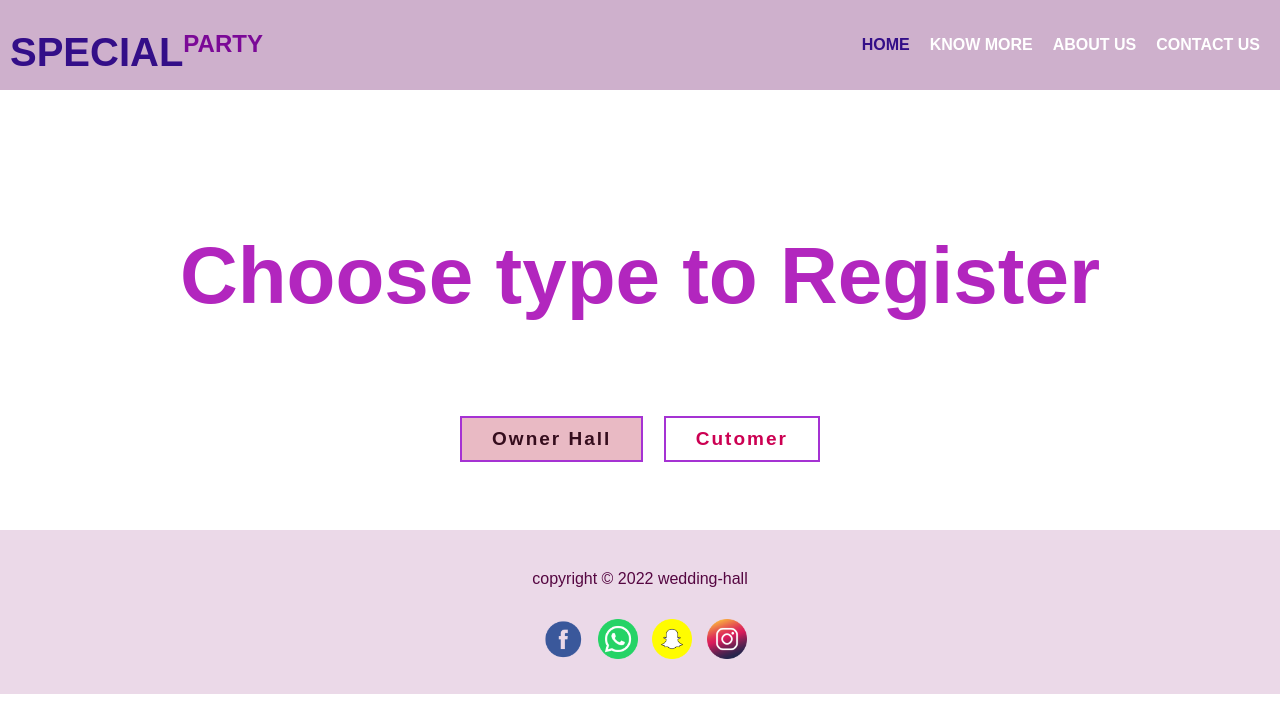
Repository: special4Party/Graduation-project-wedding-hall
Page: http://localhost/include/temp/choosing_type_signup.html
An editor plug-in stored every save of this project. The page is shown before and after the next save, followed by the edit.
The browser window is 1280 px wide. The pictures show the whole page.
The pointer rests on the first visible `.btn`.
The page is run by PHP 8.4 with error messages shown; the project is at /var/www/html/.

Above is the page before, as saved 2022-04-14 14:25:32.

### include/temp/choosing_type_signup.html
<!DOCTYPE html>
<html lang="en">
<head>
    <meta charset="UTF-8">
    <link rel="stylesheet" href="/layout/css/type_signup.css">
    <link rel="stylesheet" href="/layout/css/normalize.css">

    <title>type sign up</title>
</head>
<body>
    <!-- start header -->
     <div class="header">
			<div class="navbar">
				<div class="container">

					<h2 > <span>Special</span>  Party </h2>
					<ul>
						<li class="active"><a href="/index.html">Home</a> </li>
						<li><a href="/index.html#Know-more">Know More</a></li>
						<li><a href="/index.html#about-us-link">About us</a></li>
						<li><a href="/index.html#contact">contact us</a></li>
					</ul>
			    </div>
			</div>
	 </div>
	<!-- End header -->
<!-- ---------------------------------------------------------------- -->
<div class="container-body">
    <div class="content">
        <h1>Choose type to Register</h1>
        <button class="btn">Owner Hall</button>
        <button class="btn">Cutomer</button>
    </div>
</div>

<!-- ---------------------------------------------------------------- -->
    <!-- start footer -->
<footer class="footer">
	<div class="container">
		<span>copyright &copy; 2022 wedding-hall</span>
		<ul>
			<li>
				<a href="http://facebook.com">
				    <img src="/images/img/face.png"alt="facebook">
			    </a>
			</li>
			<li>
				<a href="http://web.whatsapp.com">
				    <img src="/images/img/what.png"alt="whatsapp">
			    </a>
			</li>
			<li>
				<a href="http://accounts.snapchat.com">
			    	<img src="/images/img/snap.png"alt="snapchat">
			    </a>
			</li>
			<li>
				<a href="http://www.instagram.com">
					<img src="/images/img/insta.png"alt="instagram">
				</a>
			</li>
		</ul>
	</div>
</footer>

	<!-- End footer-->
</body>
</html>

### layout/css/type_signup.css



/* ----------------------------------------- */
/* Start header */
    .header .navbar{
    background-color: rgb(206, 176, 204);
    color: rgb(123, 9, 151);
    height: 70px;
    padding: 10px;
    overflow: hidden;
    }

    .header .navbar h2{
        float: left;
        text-transform: uppercase;
    }

    .header .navbar h2 span{
    float: left;
    color: rgb(51, 14, 136);
    font-size: 40px;
    }

    .header .navbar ul{
    list-style: none;
    padding-left: 0px;
    overflow: hidden;
    float: right;
    }

    .header .navbar ul li {
        float: left;
        padding: 10px;
        text-transform: uppercase;

    }

    .header .navbar ul li a {
    color: white;
    text-decoration: none;
    font-weight: bold;
    }

    .header .navbar ul li.active a,
    .header .navbar ul li a:hover {
        color: rgb(51, 14, 136);
    }
    .header .navbar ul li.active a:hover{
        color: #880d80;
    }
    /* End header */
/* ----start body----- */
.container-body{
        width: 1170px;
        margin: auto;
        height: 300px;
}
.content{
    text-align: center;
    margin-top: 12%;
}
.content h1{
    font-size: 80px;
    color: rgb(178, 38, 190);
}
.btn{
    cursor: pointer;
    color: #cc0052;
    font-size: 19px;
    letter-spacing: 2px;
    padding: 10px 30px;
    border: 2px solid #a532d3;
    background: transparent;
    text-decoration: none;
    text-align: center;
    font-weight: bold;
    margin: 40px 8px;
}
.btn:hover{
    color: #350d1d;
    background-color: rgb(233, 186, 196);
}


/* ---end body------ */






    /* start footer*/
.footer{
    background-color:rgb(235, 217, 232);
    padding: 10px ;
    overflow: hidden;
    text-align: center;
}

.footer span{
    float: right;
    padding-top: 30px;
    padding-bottom: 10px;
    width: 100%;
    color: #550641;
}

.footer ul{
    width: 100%;
    list-style: none;
    padding-left: 0px;
    float: right;
}

.footer ul li{
   display: inline-block;
   width: 40px;
   margin:0px 5px 0px ;
}

.footer ul li img{
    width: 100%;
    padding: 5px;
}
.footer ul li img:hover{
    border: 0px solid rgb(223, 85, 188);
    border-radius: 40px;
    box-shadow: 0px 1px 15px rgb(149, 9, 177);
}
/* End footer*/

Loaded but not shown: layout/css/normalize.css (library)

After the next save:
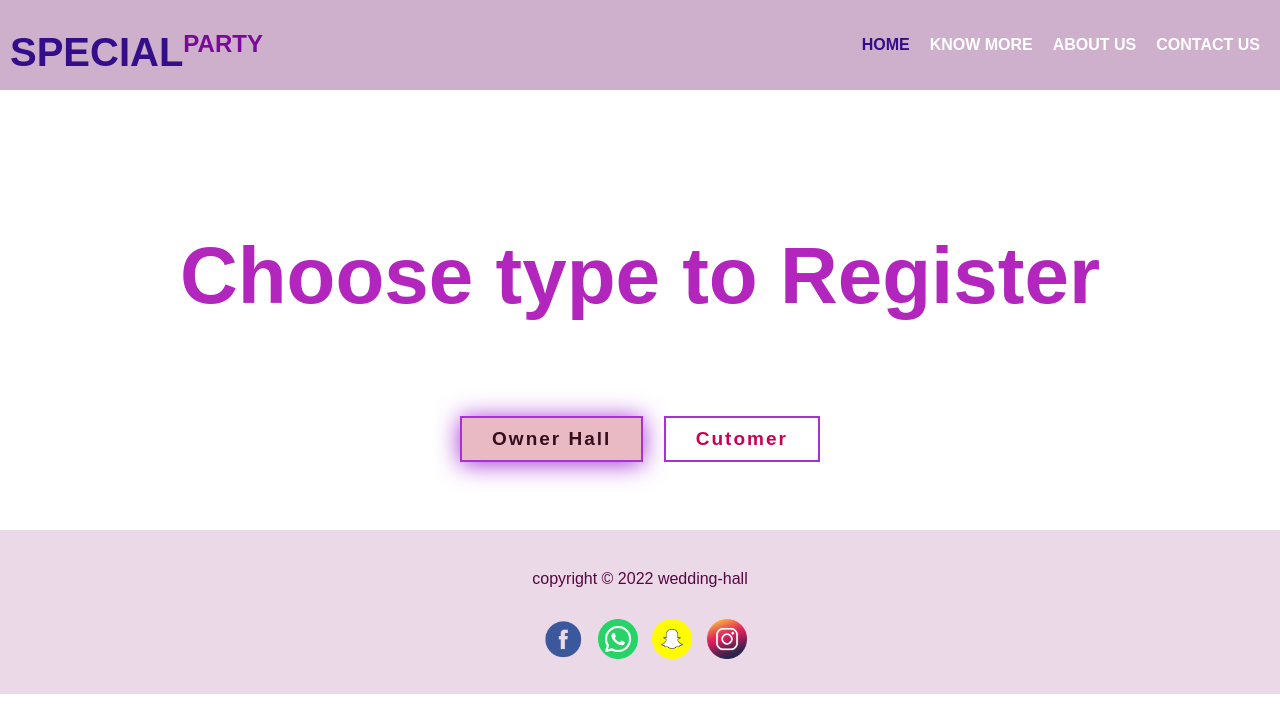
Saved 22 s later.
--- a/layout/css/type_signup.css
+++ b/layout/css/type_signup.css
@@ -80,6 +80,7 @@
 .btn:hover{
     color: #350d1d;
     background-color: rgb(233, 186, 196);
+    box-shadow: 0px 2px 25px #a532d3;
 }
 
 
